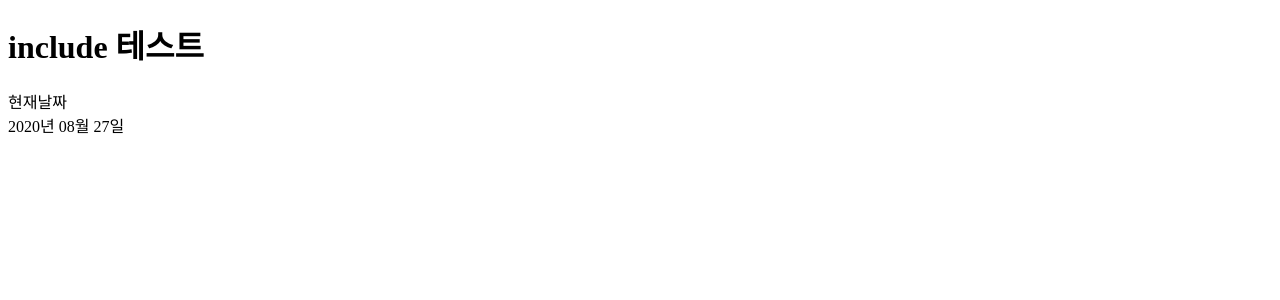
Repository: pje00427/webserver_workspace1
Page: http://localhost/2_JSP/views/03_directiveInclude.jsp
An editor plug-in stored every save of this project. The page is shown before and after the next save, followed by the edit.
The browser window is 1280 px wide. The pictures show the whole page.
The page is served by Tomcat 9.

Above is the page before, as saved 2020-08-31 03:27:34.

After the next save:
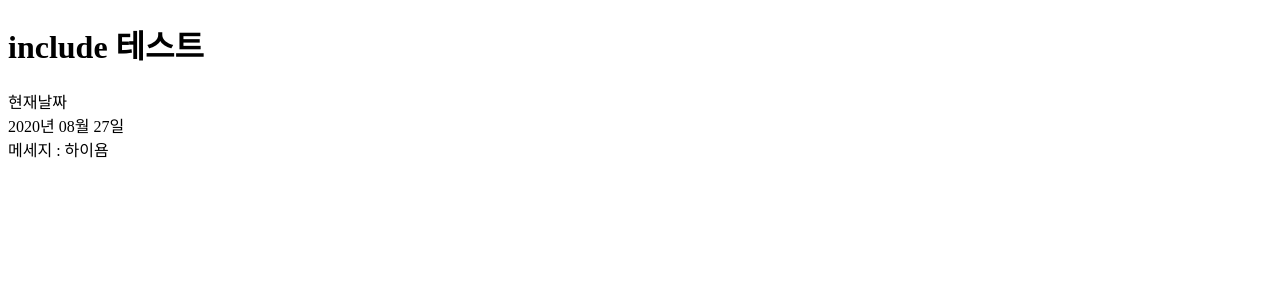
Saved 59 s later.
--- a/2_JSP/WebContent/views/03_directiveInclude.jsp
+++ b/2_JSP/WebContent/views/03_directiveInclude.jsp
@@ -12,6 +12,7 @@
 	현재날짜 <br>
 
 	<%@ include file="includePage.jsp" %>
-
+	<br>
+	메세지 : <%= msg %>
 </body>
 </html>
